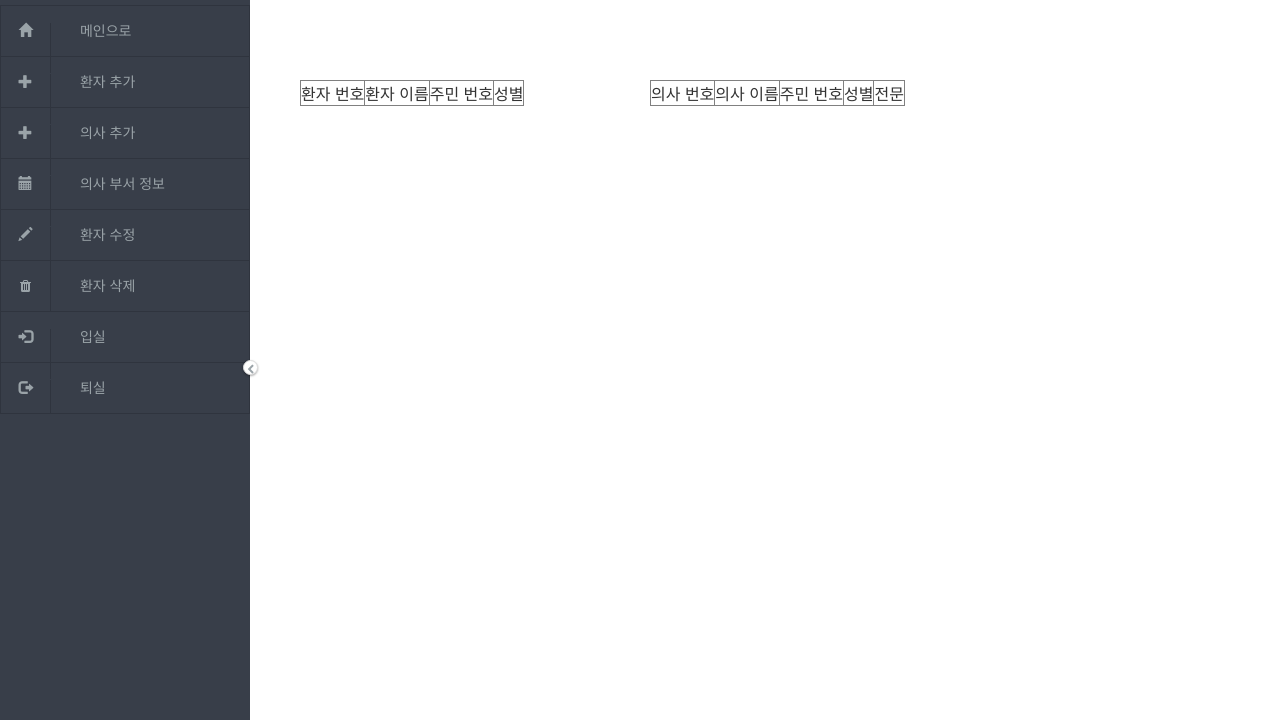
Repository: qaws1134/Hospital_manager
Page: http://localhost/project/search.jsp
These files come from the project's save history. The page is drawn as it stood at one moment and after the next save; the edit follows.
The browser window is 1280 px wide. The pictures show the whole page.
Some web libraries are served in a nearby version. The page is served by Tomcat 9. Other server files are loaded and not shown. The template is opened directly, without the code that normally fills it, so the values that code supplies are empty.

Above is the page before, as saved 2017-12-09 17:22:52.
Console error (its wording comes from the project's code and is left out).

### project/WebContent/search.jsp
<%@ taglib uri="http://java.sun.com/jsp/jstl/core" prefix="c" %>
<%@ page language="java" contentType="text/html; charset=UTF-8"
    pageEncoding="UTF-8"%>


<html lang="kr">
	<head>

	<meta http-equiv="Content-Type" content="text/html" charset="UTF-8">
	<title>http://www.blueb.co.kr</title>
<link rel="stylesheet" href="http://netdna.bootstrapcdn.com/font-awesome/4.3.0/css/font-awesome.min.css">
<!-- 합쳐지고 최소화된 최신 CSS -->
<link rel="stylesheet" href="https://maxcdn.bootstrapcdn.com/bootstrap/3.3.2/css/bootstrap.min.css">
<!-- 부가적인 테마 -->
<link rel="stylesheet" href="https://maxcdn.bootstrapcdn.com/bootstrap/3.3.2/css/bootstrap-theme.min.css">

<!-- 합쳐지고 최소화된 최신 자바스크립트 -->
<script src="https://maxcdn.bootstrapcdn.com/bootstrap/3.3.2/js/bootstrap.min.js"></script>

<style type="text/css">
input[type="checkbox"]#menu_state {
  display: none;
}
input[type="checkbox"]:checked ~ nav {
  width: 250px;
}
input[type="checkbox"]:checked ~ nav label[for="menu_state"] i::before {
  content: "\f053";
}
input[type="checkbox"]:checked ~ nav ul {
  width: 100%;
}
input[type="checkbox"]:checked ~ nav ul li a i {
  border-right: 1px solid #2f343e;
}
input[type="checkbox"]:checked ~ nav ul li a span {
  opacity: 1;
  transition: opacity 0.25s ease-in-out;
}
input[type="checkbox"]:checked ~ main {
  left: 250px;
}
nav {
  position: fixed;
  z-index: 9;
  top: 0;
  left: 0;
  bottom: 0;
  background: #383e49;
  color: #9aa3a8;
  width: 50px;
  font-family: 'Montserrat', sans-serif;
  font-weight: lighter;
  transition: all 0.15s ease-in-out;
}
nav label[for="menu_state"] i {
  cursor: pointer;
  position: absolute;
  top: 50%;
  right: -8px;
  box-shadow: 0 1px 3px rgba(0,0,0,0.12), 0 1px 2px rgba(0,0,0,0.24);
  background: #fff;
  font-size: 10px;
  display: flex;
  justify-content: center;
  align-items: center;
  height: 15px;
  width: 15px;
  border-radius: 50%;
  border: 1px solid #ddd;
  transition: width 0.15s ease-in-out;
  z-index: 1;
}
nav label[for="menu_state"] i::before {
  margin-top: 2px;
  content: "\f054";
}
nav label[for="menu_state"] i:hover {
  box-shadow: 0 10px 20px rgba(0,0,0,0.19), 0 6px 6px rgba(0,0,0,0.23);
}
nav ul {
  overflow: hidden;
  display: block;
  width: 50px;
  list-style-type: none;
  padding: 0;
  margin: 0;
}
nav ul li {
  border: 1px solid #2f343e;
  position: relative;
}
nav ul li.unread:after {
  content: attr(data-content);
  position: absolute;
  top: 10px;
  left: 25px;
  display: flex;
  justify-content: center;
  align-items: center;
  width: 15px;
  height: 15px;
  border-radius: 50%;
  color: #fff;
  background: #ef5952;
  font-size: 8px;
}
nav ul li:not(:last-child) {
  border-bottom: none;
}
nav ul li.active a {
  background: #4c515d;
  color: #fff;
}
nav ul li a {
  position: relative;
  display: block;
  white-space: nowrap;
  text-decoration: none;
  color: #9aa3a8;
  height: 50px;
  width: 100%;
  transition: all 0.15s ease-in-out;
}
nav ul li a:hover {
  background: #4c515d;
  color: #fff;
}
nav ul li a * {
  height: 100%;
  display: inline-block;
}
nav ul li a i {
  text-align: center;
  width: 50px;
  z-index: 999999;
}
nav ul li a i.fa {
  line-height: 50px;
}
nav ul li a span {
  padding-left: 25px;
  opacity: 0;
  line-height: 50px;
  transition: opacity 0.1s ease-in-out;


}

</style>
</head>

<body>
<input type="checkbox" id="menu_state" checked>
<nav>
	<label for="menu_state"><i class="fa"></i></label>
	<ul>
    <li>
      <a href="main.do">
        <i class="glyphicon glyphicon-home"></i>
        <span>메인으로</span>   <!--환자 대기 목록,병실 목록 및 현황-->
      </a>
    </li>
		<li>
			<a href="P_addui.do">
				<i class="glyphicon glyphicon-plus"></i>
				<span>환자 추가</span>
			</a>
		</li>
		<li>
			<a href="D_addui.do">
				<i class="glyphicon glyphicon-plus"></i>
				<span>의사 추가</span>
			</a>
		</li>

		<li>
			<a href="D_clsif.do">
				<i class="glyphicon glyphicon-calendar"></i>
				<span>의사 부서 정보</span>
			</a>
		</li>

		<li>
			<a href="cristal.do">
				<i class="glyphicon glyphicon-pencil"></i>
				<span>환자 수정</span>
			</a>
		</li>
		<li>
			<a href="delsel.do">
				<i class="fa fa-trash"></i>
				<span>환자 삭제</span>
			</a>
		</li>
      <li>
      <a href="insel.do">
        <i class="glyphicon glyphicon-log-in"></i>
        <span>입실</span>
      </a>
    </li>
        <li>
      <a href="javascript:void(0)">
        <i class="glyphicon glyphicon-log-out"></i>
        <span>퇴실</span>
      </a>
    </li>
	</ul>
</nav>

<section style="position:absolute; top:80px;left:300px">
     <table border="1">
      	<tr>
      		<td>환자 번호</td>
      		<td>환자 이름</td>
      		<td>주민 번호</td>
      		<td>성별</td>
      	</tr>

      	<c:forEach items="${search}" var="dto">
	      	<tr>
	      		<td>${dto.p_NUM}</td>
	      		<td>${dto.p_NAME}</td>
	      		<td>${dto.p_PERNUM}</td>
	      		<td>${dto.p_GENDER }</td>
	      	</tr>
		</c:forEach>
      </table>
</section>

<section style="position:absolute; top:80px;left:650px">
     <table border="1">
      	<tr>
      		<td>의사 번호</td>
      		<td>의사 이름</td>
      		<td>주민 번호</td>
      		<td>성별</td>
      		<td>전문</td>
      	</tr>


      	<c:forEach items="${search}" var="dto">
	      	<tr>
	      		<td>${dto.d_NUM}</td>
	      		<td>${dto.d_NAME}</td>
	      		<td>${dto.d_PERNUM}</td>
	      		<td>${dto.d_GENDER }</td>
	      		<td>${dto.d_CLS}</td>
	      	</tr>
		</c:forEach>
      </table>
</section>
</body>
</html>

After the next save:
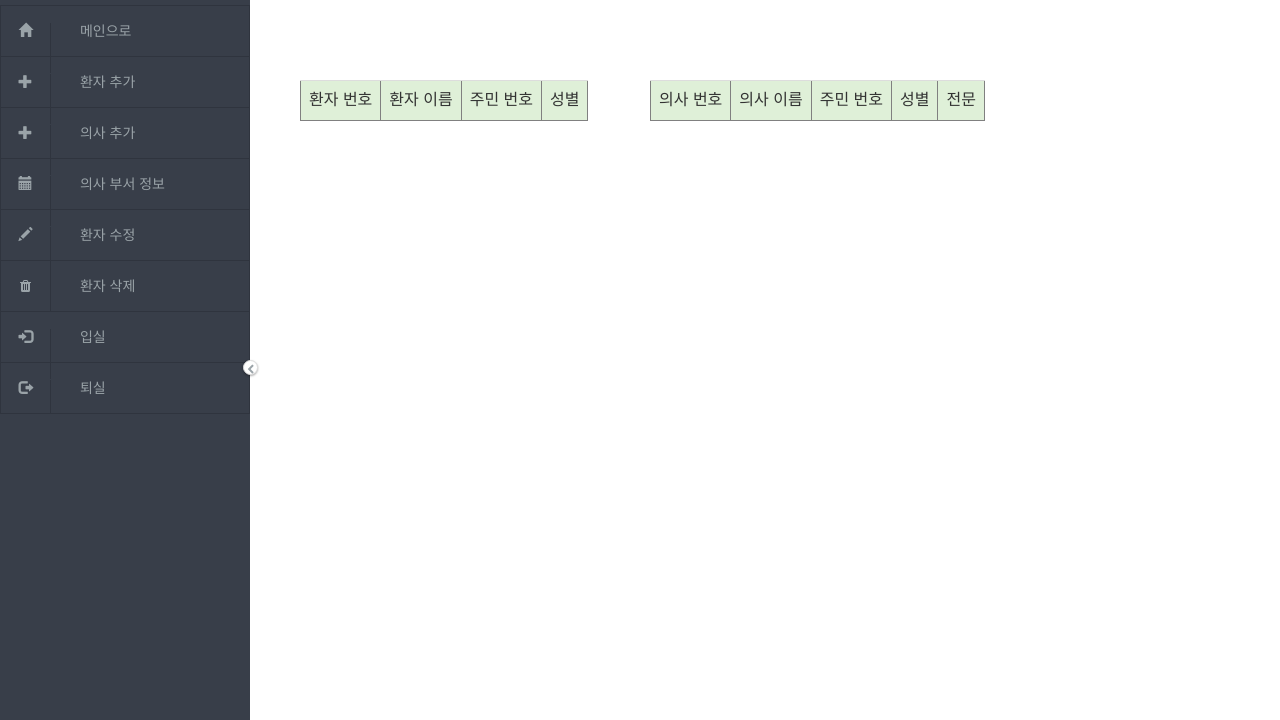
Saved 105 s later.
--- a/project/WebContent/search.jsp
+++ b/project/WebContent/search.jsp
@@ -209,8 +209,8 @@ nav ul li a span {
 </nav>
 
 <section style="position:absolute; top:80px;left:300px">
-     <table border="1">
-      	<tr>
+     <table border="1" class="table table-striped">
+      	<tr class="success">
       		<td>환자 번호</td>
       		<td>환자 이름</td>
       		<td>주민 번호</td>
@@ -229,8 +229,8 @@ nav ul li a span {
 </section>
 
 <section style="position:absolute; top:80px;left:650px">
-     <table border="1">
-      	<tr>
+     <table border="1" class="table table-striped">
+      	<tr class="success">
       		<td>의사 번호</td>
       		<td>의사 이름</td>
       		<td>주민 번호</td>
